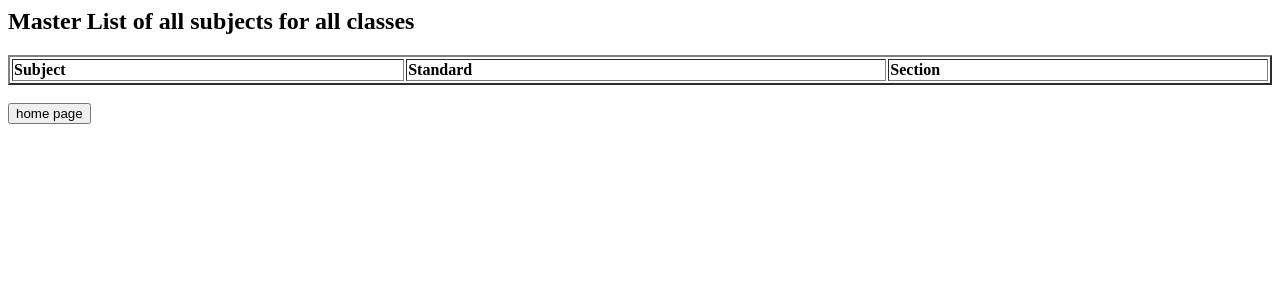
Repository: anithagnana123/Simplilearn_Phase2_project
Page: http://localhost/phase2-project-new/viewclasssub.jsp
These files come from the project's save history. The page is drawn as it stood at one moment and after the next save; the edit follows.
The browser window is 1280 px wide. The pictures show the whole page.
The page is served by Tomcat 9. Other server files are loaded and not shown. Queries for data that is not in the repository find no rows.

Above is the page before, as saved 2022-10-22 08:09:58.

### phase2-project-new/src/main/webapp/viewclasssub.jsp
<%@ taglib prefix="c" uri="http://java.sun.com/jsp/jstl/core"%>
<%@ taglib prefix="sql" uri="http://java.sun.com/jsp/jstl/sql"%>
<html>
<head>
    <title>classsub-list</title>
</head>
<body>
    <sql:setDataSource
    var="database"
    driver="com.mysql.cj.jdbc.Driver"
     url="jdbc:mysql://localhost:3306/learners_academy_test?allowPublicKeyRetrieval=true&useSSL=false"
     user="root"
     password="123456"
     />


<h2>Master List of all subjects for all classes</h2>
<sql:query var="rs" dataSource="${database}">
    SELECT * FROM class_subject;
</sql:query>
<table border="2" width="100%">
    <tr>
        <td><b>Subject</b></td>
        <td><b>Standard</b></td>
        <td><b>Section</b></td>
    </tr>

    <c:forEach var="class_subject" items="${rs.rows}">
        <tr>
            <td> <c:out value="${class_subject.subject}"/> </td>
            <td> <c:out value="${class_subject.standard}"/> </td>
            <td> <c:out value="${class_subject.class_sec}"/> </td>
        </tr>
    </c:forEach>
</table>

<form action='welcome' method='get'>
	 <br> <input type='submit' value='home page'/>
</form>

</body>
</html>

After the next save:
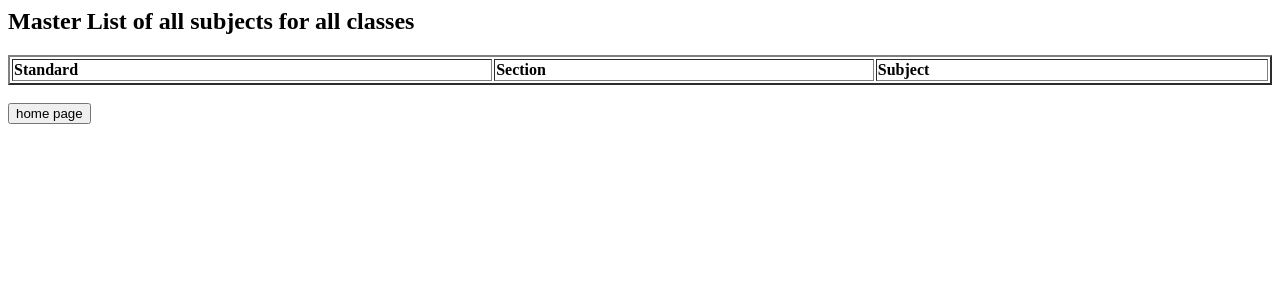
Saved 60 s later.
--- a/phase2-project-new/src/main/webapp/viewclasssub.jsp
+++ b/phase2-project-new/src/main/webapp/viewclasssub.jsp
@@ -20,16 +20,16 @@
 </sql:query>
 <table border="2" width="100%">
     <tr>
-        <td><b>Subject</b></td>
         <td><b>Standard</b></td>
         <td><b>Section</b></td>
+        <td><b>Subject</b></td>
     </tr>
 
     <c:forEach var="class_subject" items="${rs.rows}">
         <tr>
-            <td> <c:out value="${class_subject.subject}"/> </td>
             <td> <c:out value="${class_subject.standard}"/> </td>
             <td> <c:out value="${class_subject.class_sec}"/> </td>
+            <td> <c:out value="${class_subject.subject}"/> </td>
         </tr>
     </c:forEach>
 </table>
